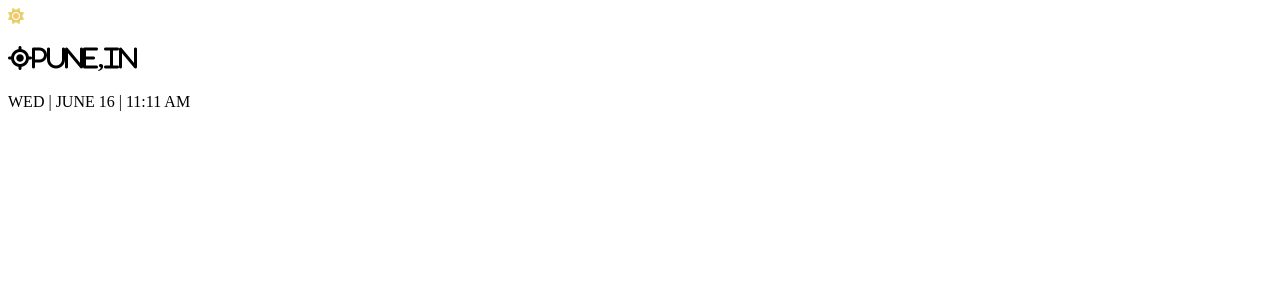
Repository: HimanshuBisht1007/WeatherNodeJs
Page: home.html
An editor plug-in stored every save of this project. The page is shown before and after the next save, followed by the edit.
The browser window is 1280 px wide. The pictures show the whole page.
Some web libraries are served in a nearby version.

Above is the page before, as saved 2022-06-16 11:11:45.

### home.html
<!DOCTYPE html>
<html lang="en">
<head>
    <meta charset="UTF-8">
    <meta http-equiv="X-UA-Compatible" content="IE=edge">
    <meta name="viewport" content="width=device-width, initial-scale=1.0">
    <title>Document</title>
    <link rel="stylesheet" href="https://cdnjs.cloudflare.com/ajax/libs/font-awesome/6.1.1/css/all.min.css" integrity="sha512-KfkfwYDsLkIlwQp6LFnl8zNdLGxu9YAA1QvwINks4PhcElQSvqcyVLLD9aMhXd13uQjoXtEKNosOWaZqXgel0g==" crossorigin="anonymous" referrerpolicy="no-referrer" />
</head>
<body>
    <div class="box">
        <div class="wave-one"></div>
        <div class="wave-two"></div>
        <div class="wave-three"></div>

        <div id="weathercon"><i class="fa-solid fa-sun" style="color: #eccc68;"></i>
        </div>
        <div class="info">
            <h2 class="location"><i class="fa-solid fa-location-crosshairs">Pune,In</i></h2>
            <p id="date">WED | JUNE 16 | 11:11 AM  </p>
        </div>
    </div>
</body>
</html>

After the next save:
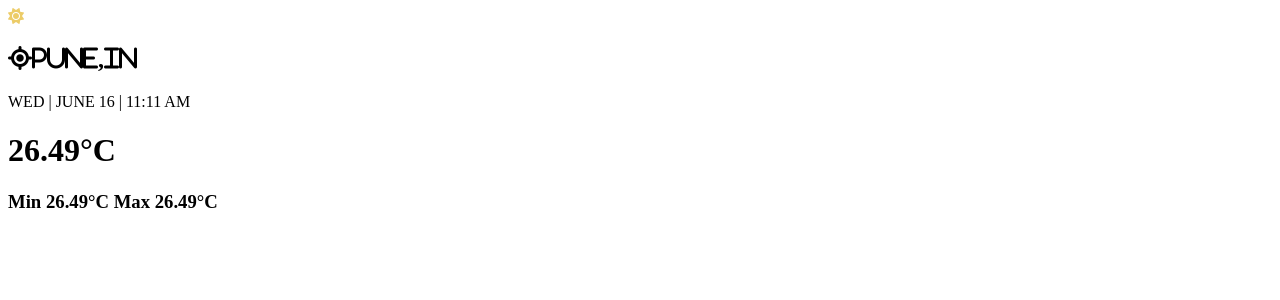
Saved 6 min 45 s later.
--- a/home.html
+++ b/home.html
@@ -17,7 +17,9 @@
         </div>
         <div class="info">
             <h2 class="location"><i class="fa-solid fa-location-crosshairs">Pune,In</i></h2>
-            <p id="date">WED | JUNE 16 | 11:11 AM  </p>
+            <p id="date">WED | JUNE 16 | 11:11 AM </p>
+            <h1 class="temp">26.49°C</h1>
+            <h3 class="tempmin_max">Min 26.49°C Max 26.49°C</h3>
         </div>
     </div>
 </body>
